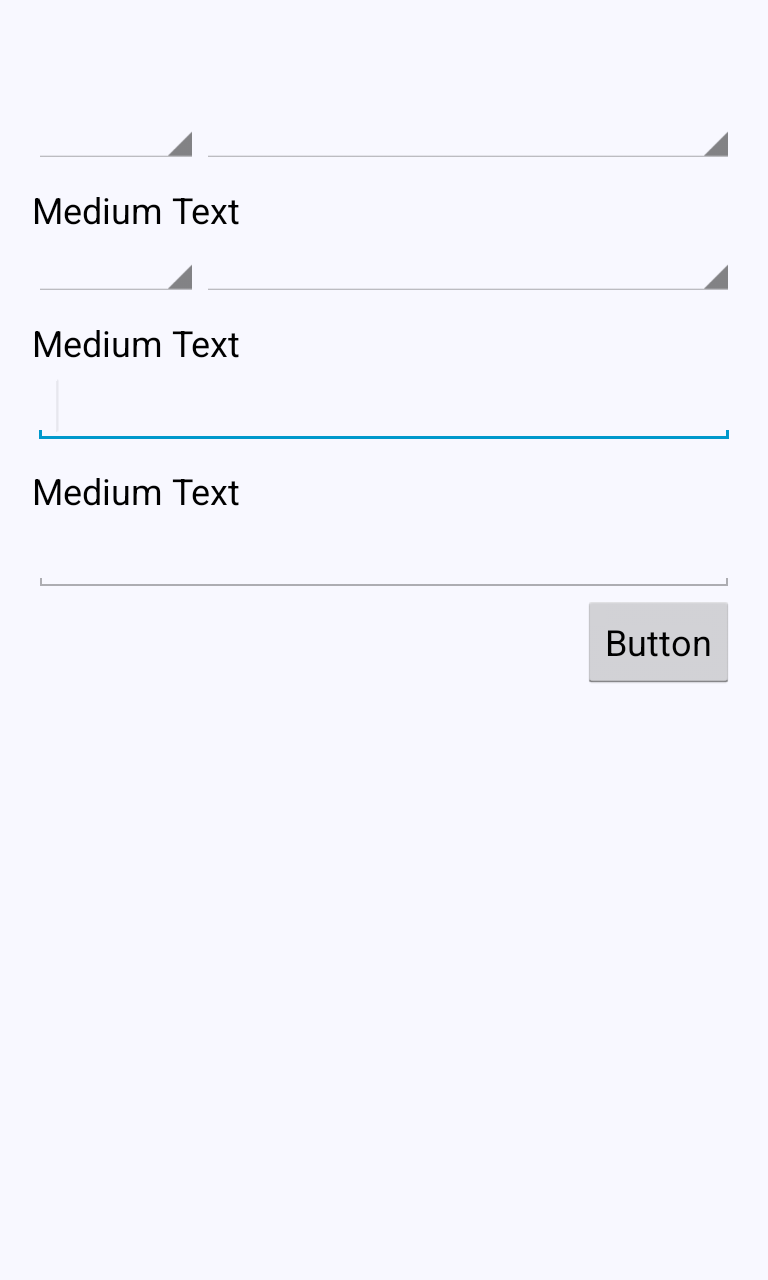
Repository: FelipeTravassos/app_calculation-of-spent-fuel
Layout: SpentFuel/res/layout/layout_data.xml
An editor plug-in stored every save of this project. The layout is shown before and after the next save, followed by the edit.
It is drawn on a 768 x 1280 px phone screen (xhdpi) without system bars, with theme AppTheme; the app's code is not run.

Above is the layout before, as saved 2014-01-10 18:33:46.

After the next save:
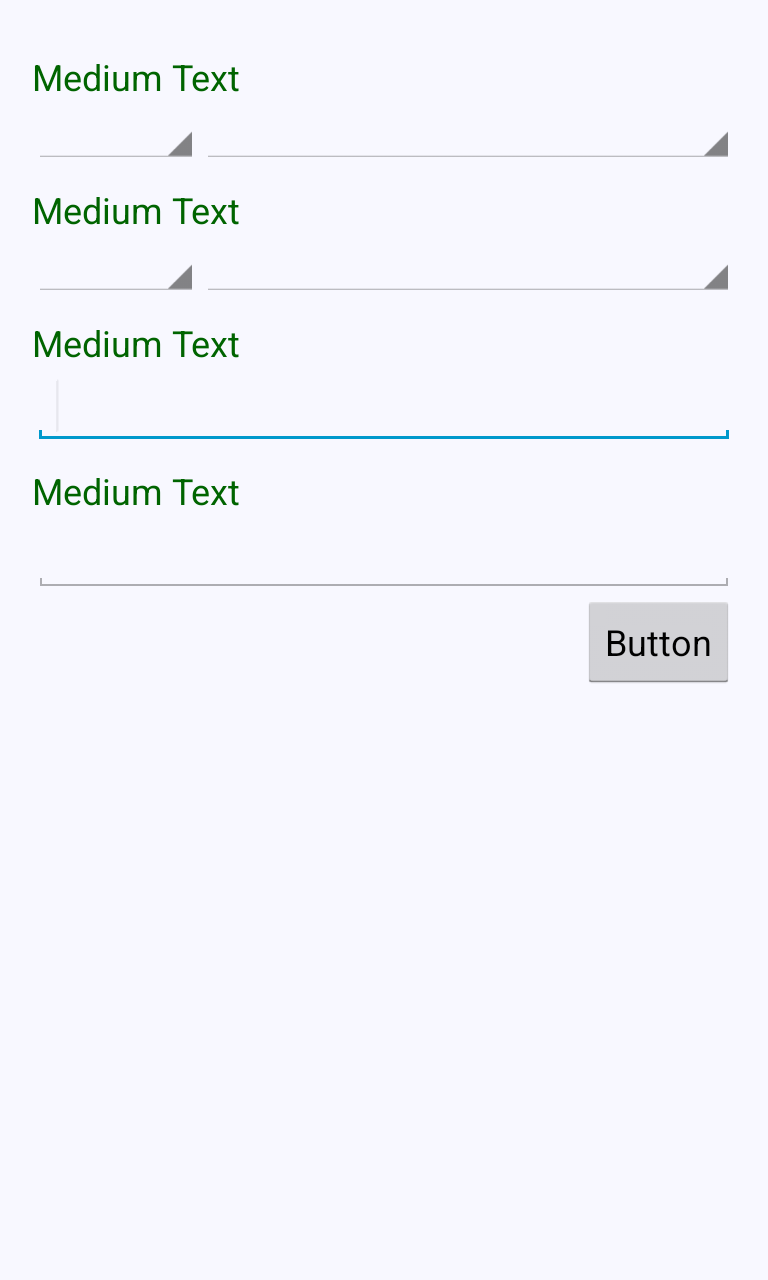
Saved 2 min 0 s later.
--- a/SpentFuel/res/layout/layout_data.xml
+++ b/SpentFuel/res/layout/layout_data.xml
@@ -16,7 +16,7 @@
         android:layout_height="wrap_content"
         android:layout_marginTop="10dp"
         android:text="Medium Text"
-        android:textColor="#F8F8FF"
+        android:textColor="#006400"
         android:textAppearance="?android:attr/textAppearanceMedium" />
 
     <LinearLayout
@@ -42,6 +42,7 @@
         android:layout_height="wrap_content"
         android:layout_marginTop="10dp"
         android:text="Medium Text"
+        android:textColor="#006400"
         android:textAppearance="?android:attr/textAppearanceMedium" />
 
     <LinearLayout
@@ -67,6 +68,7 @@
         android:layout_height="wrap_content"
         android:layout_marginTop="10dp"
         android:text="Medium Text"
+        android:textColor="#006400"
         android:textAppearance="?android:attr/textAppearanceMedium" />
 
     <EditText
@@ -85,6 +87,7 @@
         android:layout_height="wrap_content"
         android:layout_marginTop="10dp"
         android:text="Medium Text"
+        android:textColor="#006400"
         android:textAppearance="?android:attr/textAppearanceMedium" />
 
     <EditText
